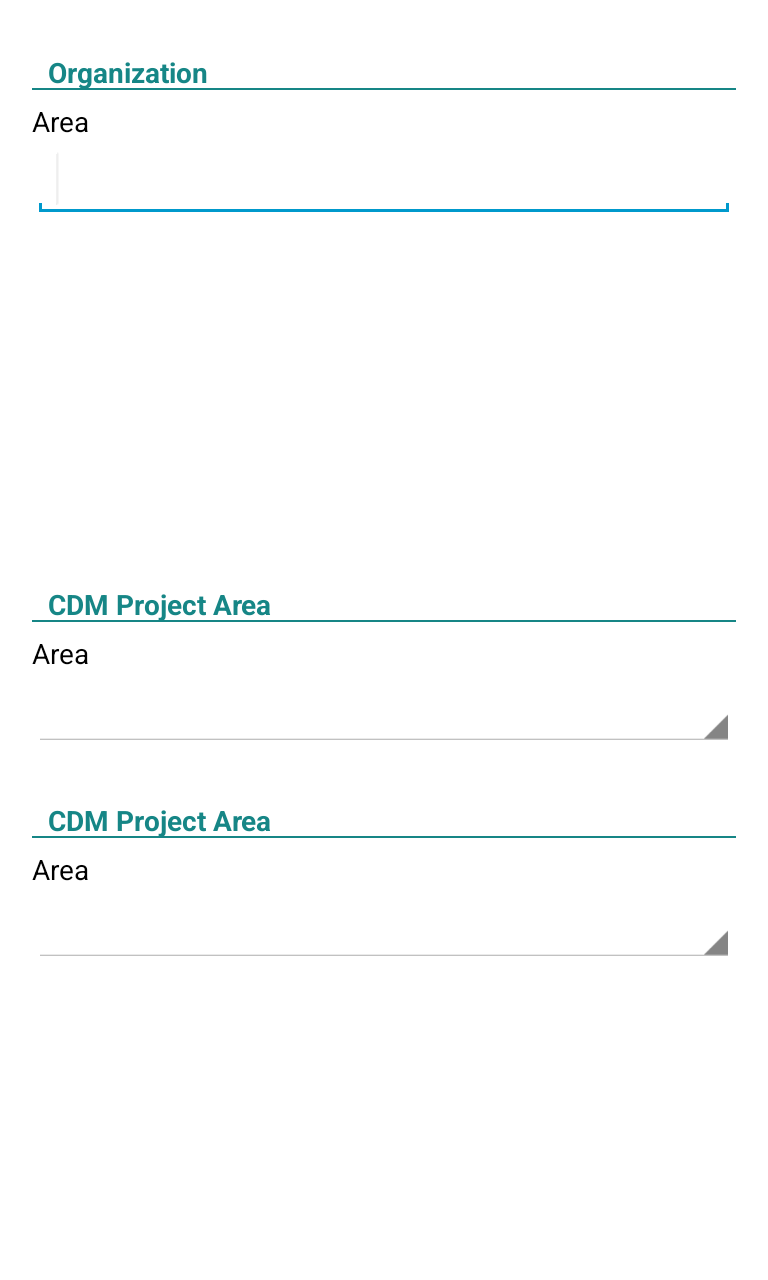
Repository: erwasambo/greendevelopment
Layout: GreenDevelopment/res/layout/usercofig.xml
These files come from the project's save history. The layout is drawn as it stood at one moment and after the next save; the edit follows.
It is drawn on a 768 x 1280 px phone screen (xhdpi) without system bars, with theme AppBaseTheme; the app's code is not run.

Above is the layout before, as saved 2013-11-13 17:06:14.

### GreenDevelopment/res/layout/usercofig.xml
<?xml version="1.0" encoding="utf-8"?>
<RelativeLayout xmlns:android="http://schemas.android.com/apk/res/android"
    android:layout_width="match_parent"
    android:layout_height="match_parent" >

    <LinearLayout
        android:id="@+id/OrgLinearLayout"
        android:layout_width="match_parent"
        android:layout_height="wrap_content"
        android:layout_alignParentLeft="true"
        android:layout_alignParentTop="true"
        android:orientation="vertical"
        android:paddingLeft="@dimen/activity_horizontal_margin"
        android:paddingRight="@dimen/activity_horizontal_margin" >

        <RelativeLayout
            android:layout_width="match_parent"
            android:layout_height="@dimen/lvHdrItemHeight"
            android:clickable="false" >

            <View
                android:id="@+id/item_separator"
                android:layout_width="match_parent"
                android:layout_height="@dimen/lvDividerHeight"
                android:layout_alignParentBottom="true"
                android:layout_marginTop="@dimen/lvSectionDividerMarginTop"
                android:background="@color/lvHeaderDividerColor" />

            <TextView
                android:id="@+id/TextView10"
                style="@style/listViewHeaderItem"
                android:layout_width="match_parent"
                android:layout_height="fill_parent"
                android:layout_alignParentLeft="true"
                android:layout_marginTop="5dp"
                android:drawableBottom="@color/goblinGreen"
                android:gravity="bottom|left"
                android:text="@string/org"
                android:textColor="@color/lvHeaderTextColor"
                android:textIsSelectable="false" />
        </RelativeLayout>

        <TextView
            android:id="@+id/TextView06"
            android:layout_width="wrap_content"
            android:layout_height="wrap_content"
            android:layout_alignParentLeft="true"
            android:layout_below="@+id/textView1"
            android:layout_marginTop="6dp"
            android:text="@string/area"
            android:textAppearance="?android:attr/textAppearanceMedium"
            android:textSize="@dimen/lvHeadingTextSize" />
        <EditText
                android:id="@+id/editTextorgz"
                android:layout_width="match_parent"
                android:layout_height="wrap_content"
                android:ems="10"
                android:inputType="textCapWords" >

                <requestFocus />
            </EditText>
    </LinearLayout>

    <LinearLayout
        android:id="@+id/PersRespLinearLayout"
        android:layout_width="match_parent"
        android:layout_height="wrap_content"
        android:layout_alignParentLeft="true"
        android:layout_centerVertical="true"
        android:orientation="vertical"
        android:paddingLeft="@dimen/activity_horizontal_margin"
        android:paddingRight="@dimen/activity_horizontal_margin" >

        <RelativeLayout
            android:layout_width="match_parent"
            android:layout_height="@dimen/lvHdrItemHeight"
            android:clickable="false" >

            <View
                android:id="@+id/View01"
                android:layout_width="match_parent"
                android:layout_height="@dimen/lvDividerHeight"
                android:layout_alignParentBottom="true"
                android:layout_marginTop="@dimen/lvSectionDividerMarginTop"
                android:background="@color/lvHeaderDividerColor" />

            <TextView
                android:id="@+id/TextView01"
                style="@style/listViewHeaderItem"
                android:layout_width="match_parent"
                android:layout_height="fill_parent"
                android:layout_alignParentLeft="true"
                android:layout_marginTop="5dp"
                android:drawableBottom="@color/goblinGreen"
                android:gravity="bottom|left"
                android:text="@string/cdmprojarea"
                android:textColor="@color/lvHeaderTextColor"
                android:textIsSelectable="false" />
        </RelativeLayout>

        <TextView
            android:id="@+id/TextView02"
            android:layout_width="wrap_content"
            android:layout_height="wrap_content"
            android:layout_alignParentLeft="true"
            android:layout_below="@+id/textView1"
            android:layout_marginTop="6dp"
            android:text="@string/area"
            android:textAppearance="?android:attr/textAppearanceMedium"
            android:textSize="@dimen/lvHeadingTextSize" />

        <Spinner
            android:id="@+id/Spinner01"
            android:layout_width="match_parent"
            android:layout_height="wrap_content"
            android:layout_alignParentLeft="true"
            android:layout_alignRight="@+id/orgtextView2"
            android:layout_below="@+id/textView1"
            android:layout_marginTop="6dp" />
    </LinearLayout>

    <LinearLayout
        android:id="@+id/LinearLayout02"
        android:layout_width="match_parent"
        android:layout_height="wrap_content"
        android:layout_alignParentLeft="true"
        android:layout_below="@+id/PersRespLinearLayout"
        android:orientation="vertical"
        android:paddingLeft="@dimen/activity_horizontal_margin"
        android:paddingRight="@dimen/activity_horizontal_margin" >

        <RelativeLayout
            android:layout_width="match_parent"
            android:layout_height="@dimen/lvHdrItemHeight"
            android:clickable="false" >

            <View
                android:id="@+id/View02"
                android:layout_width="match_parent"
                android:layout_height="@dimen/lvDividerHeight"
                android:layout_alignParentBottom="true"
                android:layout_marginTop="@dimen/lvSectionDividerMarginTop"
                android:background="@color/lvHeaderDividerColor" />

            <TextView
                android:id="@+id/TextView03"
                style="@style/listViewHeaderItem"
                android:layout_width="match_parent"
                android:layout_height="fill_parent"
                android:layout_alignParentLeft="true"
                android:layout_marginTop="5dp"
                android:drawableBottom="@color/goblinGreen"
                android:gravity="bottom|left"
                android:text="@string/cdmprojarea"
                android:textColor="@color/lvHeaderTextColor"
                android:textIsSelectable="false" />
        </RelativeLayout>

        <TextView
            android:id="@+id/TextView04"
            android:layout_width="wrap_content"
            android:layout_height="wrap_content"
            android:layout_alignParentLeft="true"
            android:layout_below="@+id/textView1"
            android:layout_marginTop="6dp"
            android:text="@string/area"
            android:textAppearance="?android:attr/textAppearanceMedium"
            android:textSize="@dimen/lvHeadingTextSize" />

        <Spinner
            android:id="@+id/Spinner02"
            android:layout_width="match_parent"
            android:layout_height="wrap_content"
            android:layout_alignParentLeft="true"
            android:layout_alignRight="@+id/orgtextView2"
            android:layout_below="@+id/textView1"
            android:layout_marginTop="6dp" />
    </LinearLayout>

</RelativeLayout>

### GreenDevelopment/res/values/styles.xml
<resources>
    <style name="AppBaseTheme" parent="android:Theme.Light">
    </style>

    <style name="listViewHeaderItem">
        <item name="android:textStyle">bold</item>
        <item name="android:textSize">@dimen/lvHeadingTextSize</item>
        <item name="android:paddingLeft">@dimen/lvHeadingPaddingLeft</item>
    </style>

    <style name="listViewItem">
        <item name="android:layout_height">@dimen/lvItemHeight</item>
        <item name="android:clickable">true</item>
    </style>

    <style name="listViewPrimaryDetail">
        <item name="android:paddingTop">@dimen/lvPrimaryPaddingTop</item>
        <item name="android:paddingBottom">@dimen/lvPrimaryPaddingBottom</item>
        <item name="android:paddingLeft">@dimen/lvPrimaryPaddingLeft</item>
        <item name="android:textColor">@color/primaryTextColor</item>
        <item name="android:textSize">@dimen/lvPrimaryTextSize</item>
    </style>

    <style name="listViewSecondaryDetail">
        <item name="android:paddingTop">@dimen/lvSecondaryPaddingTop</item>
        <item name="android:paddingBottom">@dimen/lvSecondaryPaddingBottom</item>
        <item name="android:paddingLeft">@dimen/lvSecondaryPaddingLeft</item>
        <item name="android:textColor">@color/secondaryTextColor</item>
        <item name="android:textSize">@dimen/lvSecondaryTextSize</item>
    </style>

    <style name="listViewVerticalDivider">
        <item name="android:layout_marginTop">@dimen/lvDividerMargin</item>
        <item name="android:layout_marginBottom">@dimen/lvDividerMargin</item>
        <item name="android:layout_width">@dimen/lvDividerWidth</item>
        <item name="android:background">@color/lvDividerColor</item>
    </style>

    <style name="listViewSectionDividerVerticalDivider">
        <item name="android:layout_width">@dimen/lvDividerWidth</item>
        <item name="android:background">@color/goblinGreen</item>
        <item name="android:layout_marginTop">@dimen/lvSectionDividerMargin</item>
        <item name="android:layout_marginBottom">@dimen/lvSectionDividerMargin</item>
    </style>

    <style name="listViewItemButtonStyle">
        <item name="android:layout_width">@dimen/lvItemHeight</item>
        <item name="android:layout_height">@dimen/lvItemHeight</item>
        <item name="android:scaleType">centerInside</item>
    </style>

    <style name="listViewHeaderItemButtonStyle">
        <item name="android:layout_width">@dimen/lvItemHeight</item>
        <item name="android:layout_height">@dimen/lvItemHeight</item>
        <item name="android:scaleType">centerInside</item>
    </style>

</resources>

### GreenDevelopment/res/values/dimens.xml
<resources>

    <!-- Default screen margins, per the Android Design guidelines. -->
    <dimen name="activity_horizontal_margin">16dp</dimen>
    <dimen name="activity_vertical_margin">16dp</dimen>

	<dimen name="lvPrimaryTextSize">18sp</dimen>
    <dimen name="lvSecondaryTextSize">14sp</dimen>

    <dimen name="lvHdrItemHeight">45dp</dimen>
    <dimen name="lvItemHeight">65dp</dimen>

    <dimen name="lvHeadingPaddingLeft">8dp</dimen>
    <dimen name="lvHeadingTextSize">14sp</dimen>

    <dimen name="lvPrimaryPaddingTop">6dp</dimen>
    <dimen name="lvPrimaryPaddingBottom">1dp</dimen>
    <dimen name="lvPrimaryPaddingLeft">8dp</dimen>

    <dimen name="lvSecondaryPaddingTop">2dp</dimen>
    <dimen name="lvSecondaryPaddingBottom">6dp</dimen>
    <dimen name="lvSecondaryPaddingLeft">8dp</dimen>

    <dimen name="lvDividerHeight">1dp</dimen>
    <dimen name="lvDividerMargin">15dp</dimen>
    <dimen name="lvSectionDividerMargin">5dp</dimen>
    <dimen name="lvDividerWidth">1dp</dimen>

    <dimen name="lvSectionDividerMarginTop">5dp</dimen>
</resources>

### GreenDevelopment/res/values/colors.xml
<?xml version="1.0" encoding="utf-8"?>
<resources>
    <color name="lvHeaderTextColor">#168686</color>
    <color name="primaryTextColor">#333333</color>
    <color name="secondaryTextColor">#777777</color>

    <color name="goblinGreen">#168686</color>
    <color name="lvHeaderDividerColor">#168686</color>
    <color name="lvDividerColor">#E0E0E0</color>
    <color name="whiteColor">#FFFFFF</color>
</resources>

### GreenDevelopment/res/values/strings.xml
<?xml version="1.0" encoding="utf-8"?>
<resources>
	<string name="hello">Hello World, MainActivity!</string>
    <string name="app_name">Green Development</string>
    <string name="action_settings">Settings</string>
	<string-array name="speed">
        <item>12 Seconds</item>
        <item>15 Seconds</item>
        <item>18 Seconds</item>
        <item>21 Seconds</item>
        <item>30 Seconds</item>
    </string-array>
    <string name="menu_settings">Settings</string>
    <string name="title_activity_splashscreen">Green Development</string>
    <string name="main">Green Development</string>
    <string name="capture">Capture</string>
    <string name="Capture2">Capture</string>
    <string name="Recapture">Recapture</string><string name="Upload">Save Gesture</string>
    <string name="picture">Picture</string>
    <string name="Exit">Exit</string>
    <string name="settings">Settings</string>
     <string name="save">Save</string>
    <string name="space"></string>
    <string name="learn">Learn Sign</string>
    <string name="fullname">Full Name</string>
    <string name="address">Address</string>
    <string name="phone">Phone Number</string>
    <string name="agree">End User Agreement</string>
    <string name="enduserinfo">End User Information</string>
    <string name="next">Next</string>
    <string name="equipsol">Equipment or solutions provided</string>
    <string name="ethanolstv">Ethanol Stove</string>
    <string name="biogasstv">Biogas Stove</string>
    <string name="purifiedstv">Purified Water</string>
    <string name="partsupp">Project Implementation Partner/ Supplier of Solutions</string>
    <string name="org">Organization</string>
    <string name="personresp">Person responsible for filling in the form</string>
    <string name="cdmprojarea">CDM Project Area</string>
    <string name="termone">1. The equipment supplied is provided as part of a CDM Program and that the household is a Project Participating household under the \"POA for the Reduction of emission from non-renewable fuel from cooking household level\" and that the equipment and solutions provided is subsidized with the income from the carbon credits generated.</string>
    <string name="termtwo">2. The carbon credits generated from the solutions belong to Green Development AS.</string>
    <string name="termthree">3. The household is not part of any other program or project in which carbon credits are generated for the same solutions as provided through this program.</string>
    <string name="termfour">4.  Prior to receiving the equipmet or solutions reffered to in this contract, the household where using woody biomass  for cooking and boiling their drinking water. Without the provided equipment and solutions, the household would have continued to use woody biomass as cooking fuel and would have continued to boil their drinking water.</string>
    <string name="takesurvey">Take Survey</string>
    <string name="submit">Submit</string>
    <string name="cd">Content Description</string>
    <string name="enduseragree">End User Agreement</string>
    <string name="intro">For solutions provided as part of the PoA for the reduction of emission from non-renewable fuel from cooking at household level</string>
    <string name="area">Area</string>
    <string name="termsofcontract">Terms of the contract</string>
    <string name="understood">It is understood and agreed that the following statements are correct:</string>
    <string name="signature">Signature</string>
    <string name="manage">Manage Surveys</string>
    <string name="config">User Configurations</string>
    <string name="takepic">Take Picture</string>
    <string name="yes">Yes</string>
    <string name="not">No</string>
    <string name="savesuccess">Survey saved successfully!</string>
</resources>

Loaded but not shown: GreenDevelopment/res/values-v11/styles.xml (common file); GreenDevelopment/res/values-v14/styles.xml (common file)

After the next save:
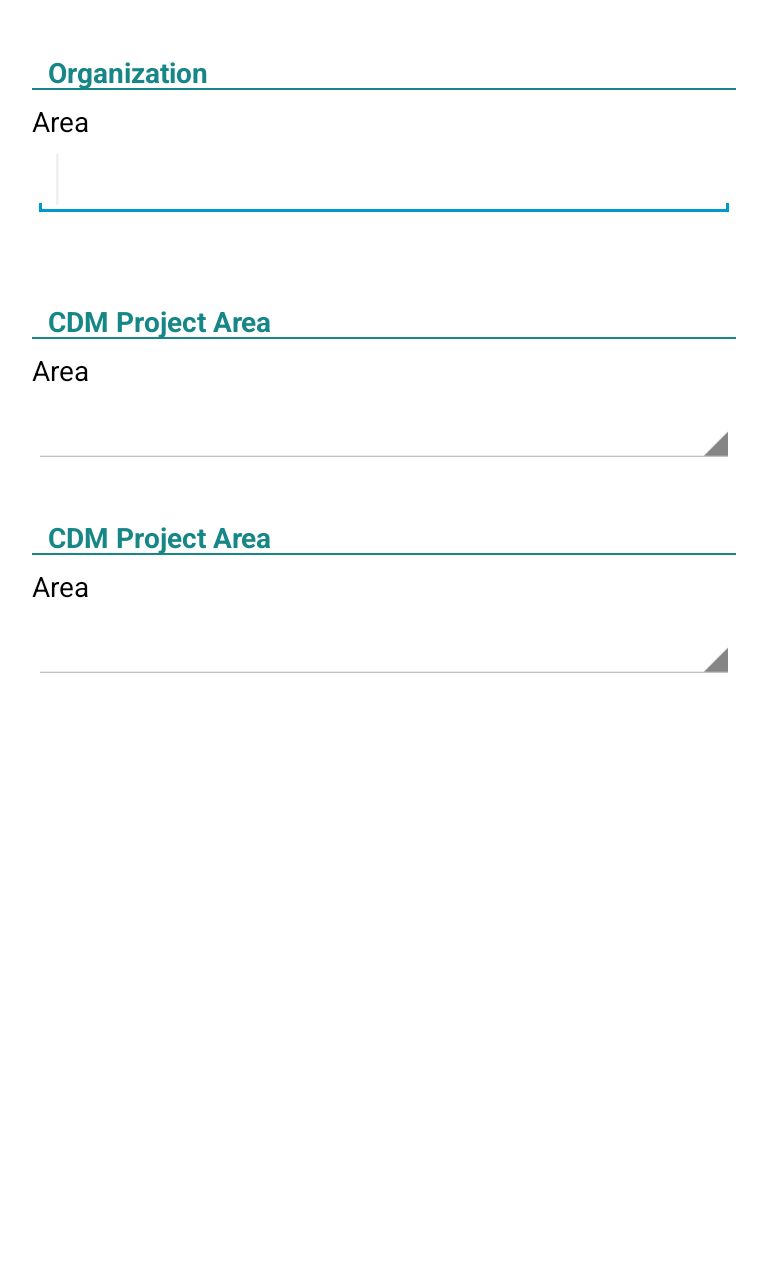
Saved 44 s later.
--- a/GreenDevelopment/res/layout/usercofig.xml
+++ b/GreenDevelopment/res/layout/usercofig.xml
@@ -62,64 +62,6 @@
     </LinearLayout>
 
     <LinearLayout
-        android:id="@+id/PersRespLinearLayout"
-        android:layout_width="match_parent"
-        android:layout_height="wrap_content"
-        android:layout_alignParentLeft="true"
-        android:layout_centerVertical="true"
-        android:orientation="vertical"
-        android:paddingLeft="@dimen/activity_horizontal_margin"
-        android:paddingRight="@dimen/activity_horizontal_margin" >
-
-        <RelativeLayout
-            android:layout_width="match_parent"
-            android:layout_height="@dimen/lvHdrItemHeight"
-            android:clickable="false" >
-
-            <View
-                android:id="@+id/View01"
-                android:layout_width="match_parent"
-                android:layout_height="@dimen/lvDividerHeight"
-                android:layout_alignParentBottom="true"
-                android:layout_marginTop="@dimen/lvSectionDividerMarginTop"
-                android:background="@color/lvHeaderDividerColor" />
-
-            <TextView
-                android:id="@+id/TextView01"
-                style="@style/listViewHeaderItem"
-                android:layout_width="match_parent"
-                android:layout_height="fill_parent"
-                android:layout_alignParentLeft="true"
-                android:layout_marginTop="5dp"
-                android:drawableBottom="@color/goblinGreen"
-                android:gravity="bottom|left"
-                android:text="@string/cdmprojarea"
-                android:textColor="@color/lvHeaderTextColor"
-                android:textIsSelectable="false" />
-        </RelativeLayout>
-
-        <TextView
-            android:id="@+id/TextView02"
-            android:layout_width="wrap_content"
-            android:layout_height="wrap_content"
-            android:layout_alignParentLeft="true"
-            android:layout_below="@+id/textView1"
-            android:layout_marginTop="6dp"
-            android:text="@string/area"
-            android:textAppearance="?android:attr/textAppearanceMedium"
-            android:textSize="@dimen/lvHeadingTextSize" />
-
-        <Spinner
-            android:id="@+id/Spinner01"
-            android:layout_width="match_parent"
-            android:layout_height="wrap_content"
-            android:layout_alignParentLeft="true"
-            android:layout_alignRight="@+id/orgtextView2"
-            android:layout_below="@+id/textView1"
-            android:layout_marginTop="6dp" />
-    </LinearLayout>
-
-    <LinearLayout
         android:id="@+id/LinearLayout02"
         android:layout_width="match_parent"
         android:layout_height="wrap_content"
@@ -177,4 +119,62 @@
             android:layout_marginTop="6dp" />
     </LinearLayout>
 
+    <LinearLayout
+        android:id="@+id/PersRespLinearLayout"
+        android:layout_width="match_parent"
+        android:layout_height="wrap_content"
+        android:layout_alignParentLeft="true"
+        android:layout_below="@+id/OrgLinearLayout"
+        android:layout_marginTop="15dp"
+        android:orientation="vertical"
+        android:paddingLeft="@dimen/activity_horizontal_margin"
+        android:paddingRight="@dimen/activity_horizontal_margin" >
+
+        <RelativeLayout
+            android:layout_width="match_parent"
+            android:layout_height="@dimen/lvHdrItemHeight"
+            android:clickable="false" >
+
+            <View
+                android:id="@+id/View01"
+                android:layout_width="match_parent"
+                android:layout_height="@dimen/lvDividerHeight"
+                android:layout_alignParentBottom="true"
+                android:layout_marginTop="@dimen/lvSectionDividerMarginTop"
+                android:background="@color/lvHeaderDividerColor" />
+
+            <TextView
+                android:id="@+id/TextView01"
+                style="@style/listViewHeaderItem"
+                android:layout_width="match_parent"
+                android:layout_height="fill_parent"
+                android:layout_alignParentLeft="true"
+               	android:drawableBottom="@color/goblinGreen"
+                android:gravity="bottom|left"
+                android:text="@string/cdmprojarea"
+                android:textColor="@color/lvHeaderTextColor"
+                android:textIsSelectable="false" />
+        </RelativeLayout>
+
+        <TextView
+            android:id="@+id/TextView02"
+            android:layout_width="wrap_content"
+            android:layout_height="wrap_content"
+            android:layout_alignParentLeft="true"
+            android:layout_below="@+id/textView1"
+            android:layout_marginTop="6dp"
+            android:text="@string/area"
+            android:textAppearance="?android:attr/textAppearanceMedium"
+            android:textSize="@dimen/lvHeadingTextSize" />
+
+        <Spinner
+            android:id="@+id/Spinner01"
+            android:layout_width="match_parent"
+            android:layout_height="wrap_content"
+            android:layout_alignParentLeft="true"
+            android:layout_alignRight="@+id/orgtextView2"
+            android:layout_below="@+id/textView1"
+            android:layout_marginTop="6dp" />
+    </LinearLayout>
+
 </RelativeLayout>
